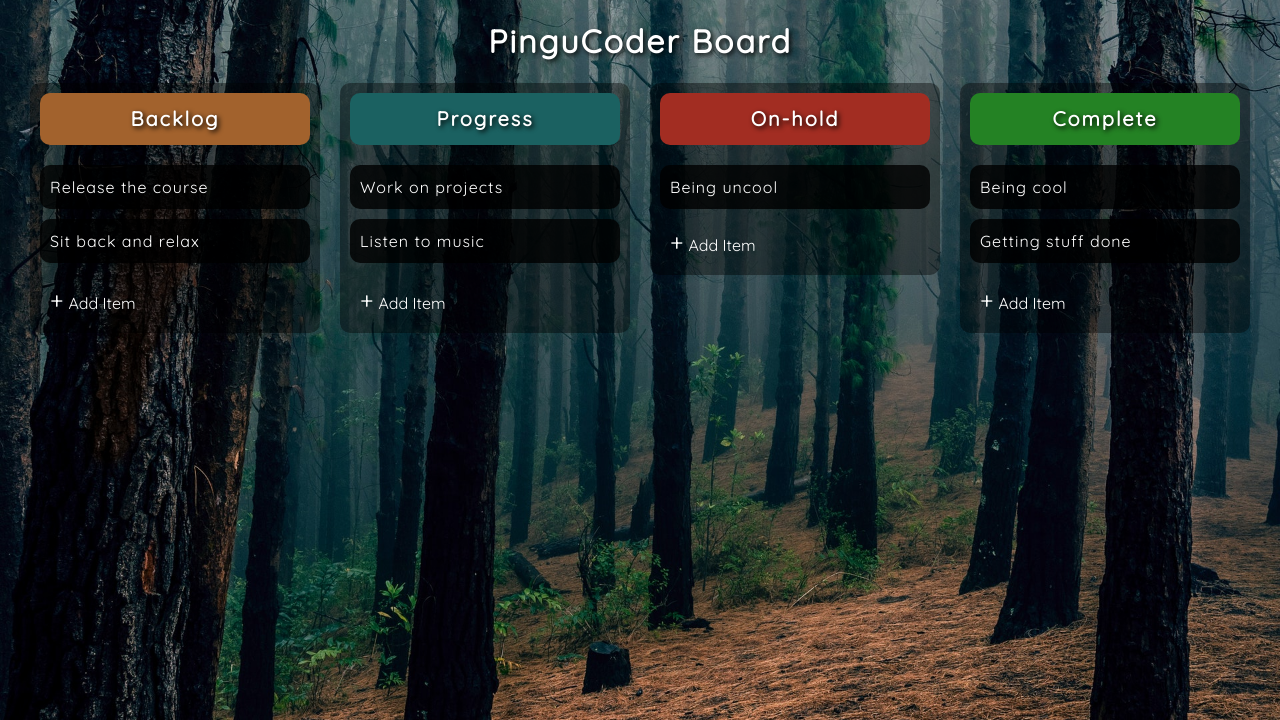
Repository: chanwarichawki/6Drag-And-Drop
Page: index.html
These files come from the project's save history. The page is drawn as it stood at one moment and after the next save; the edit follows.
The browser window is 1280 px wide. The pictures show the whole page.

Above is the page before, as saved 2023-12-26 18:01:14.

### index.html
<!DOCTYPE html>
<html lang="en">
<head>
    <meta charset="UTF-8">
    <meta name="viewport" content="width=device-width, initial-scale=1.0">
    <title>Drag and Drop</title>
    <link rel="icon" type="image/png" href="favicon.png">
    <link rel="stylesheet" href="style.css">
</head>
<body>
    <h1 class="main-title">PinguCoder Board</h1>
    <div class="drag-container">
      <ul class="drag-list">
        <!-- backLog column -->
        <li class="drag-column backlog-column">
        <span class="header">
          <h1>Backlog</h1>
        </span>
        <!-- backLog content -->
        <div id="backlog-content" class="custom-scroll">
          <ul class="drag-item-list" id="backlog-list">
            <!-- <li class="drag-item">testing</li>
            <li class="drag-item">testing</li>
            <li class="drag-item">testing</li> -->
          </ul>
        </div>
        <!-- add button group -->
        <div class="add-btn-group">
          <div class="add-btn">
            <span class="plus-sign">+</span>
            <span>Add Item</span>
          </div>
          <div class="add-btn solid">
            <span>Sve Item</span>
          </div>
          <div class="add-container">
            <div class="add-item"></div>
          </div>
        </div>
      </li>


        <!-- progress column -->
        <li class="drag-column progress-column">
        <span class="header">
          <h1>Progress</h1>
        </span>
        <!-- progress content -->
        <div id="progress-content" class="custom-scroll">
          <ul class="drag-item-list" id="progress-list">
            <!-- <li class="drag-item">testing</li>
            <li class="drag-item">testing</li>
            <li class="drag-item">testing</li> -->
          </ul>
        </div>
        <!-- add button group -->
        <div class="add-btn-group">
          <div class="add-btn">
            <span class="plus-sign">+</span>
            <span>Add Item</span>
          </div>
          <div class="add-btn solid">
            <span>Sve Item</span>
          </div>
          <div class="add-container">
            <div class="add-item"></div>
          </div>
        </div>
      </li>


        <!-- on-hold column -->
        <li class="drag-column on-hold-column">
        <span class="header">
          <h1>On-hold</h1>
        </span>
        <!-- on-hold content -->
        <div id="on-hold-content" class="custom-scroll">
          <ul class="drag-item-list" id="on-hold-list">
            <!-- <li class="drag-item">testing</li>
            <li class="drag-item">testing</li>
            <li class="drag-item">testing</li> -->
          </ul>
        </div>
        <!-- add button group -->
        <div class="add-btn-group">
          <div class="add-btn">
            <span class="plus-sign">+</span>
            <span>Add Item</span>
          </div>
          <div class="add-btn solid">
            <span>Sve Item</span>
          </div>
          <div class="add-container">
            <div class="add-item"></div>
          </div>
        </div>
      </li>


        <!-- complete column -->
        <li class="drag-column complete-column">
        <span class="header">
          <h1>Complete</h1>
        </span>
        <!-- complete content -->
        <div id="complete-content" class="custom-scroll">
          <ul class="drag-item-list" id="complete-list">
            <!-- <li class="drag-item">testing</li>
            <li class="drag-item">testing</li>
            <li class="drag-item">testing</li> -->
            <li class="drag-item">Lorem ipsum dolor sit, amet consectetur adipisicing elit. Officia placeat sit iure deleniti reprehenderit non hic ea asperiores voluptates quod dignissimos, nulla ab veritatis? Vero iure sequi neque facere consectetur.
            Sit explicabo fugiat obcaecati voluptates vitae non, quia laboriosam, libero rem odit perferendis excepturi ex totam? Dolor molestias, qui dignissimos minima nulla, optio maiores minus modi commodi alias vitae pariatur?
            Voluptates, modi eum consequatur facilis asperiores assumenda repellendus laboriosam eligendi sunt quos ut, cum, numquam mollitia fugiat provident alias id adipisci! Culpa adipisci explicabo, voluptatibus nulla quaerat voluptatem ab mollitia?
            Ab ad repellendus labore incidunt ducimus officia vero sequi. Sint harum reprehenderit non quia quibusdam at dignissimos assumenda illum, ipsum voluptatem sed provident iusto pariatur ut nisi et illo quae.</li>
          </ul>
        </div>
        <!-- add button group -->
        <div class="add-btn-group">
          <div class="add-btn">
            <span class="plus-sign">+</span>
            <span>Add Item</span>
          </div>
          <div class="add-btn solid">
            <span>Sve Item</span>
          </div>
          <div class="add-container">
            <div class="add-item"></div>
          </div>
        </div>
      </li>


      </ul>
    </div>
    <!-- Script -->
    <script src="script.js"></script>
</body>
</html>

### style.css
/* Trees Image - Pexels: https://www.pexels.com/photo/photo-of-trees-in-forest-3801030/ */
@import url("https://fonts.googleapis.com/css?family=Quicksand&display=swap");

html {
  box-sizing: border-box;
}

:root {
  --column-1: #a2622d;
  --column-2: #1b6161;
  --column-3: #248224;
  --column-4: #a22d22;
}

body {
  margin: 0;
  background: url("./trees.jpg");
  background-size: cover;
  background-position: 50% 60%;
  background-attachment: fixed;
  color: white;
  font-family: Quicksand, sans-serif;
  overflow-y: hidden;
}

h1 {
  letter-spacing: 2px;
  text-shadow: 2px 2px 5px black;
}

.main-title {
  text-align: center;
  font-size: 3rem;
}

ul {
  list-style-type: none;
  margin: 0;
  padding: 0;
}

.drag-container {
  margin: 20px;
}

.drag-list {
  display: flex;
  align-items: flex-start;
}

/* Columns */
.drag-column {
  flex: 1;
  margin: 0 10px;
  position: relative;
  background-color: rgba(0, 0, 0, 0.4);
  border-radius: 10px;
  overflow-x: hidden;
}

.backlog-column .header,
.backlog-column .solid,
.backlog-column .solid:hover,
.backlog-column .over {
  background-color: var(--column-1);
}

.progress-column .header,
.progress-column .solid,
.progress-column .solid:hover,
.progress-column .over {
  background-color: var(--column-2);
}

.complete-column .header,
.complete-column .solid,
.complete-column .solid:hover,
.complete-column .over {
  background-color: var(--column-3);
}

.on-hold-column .header,
.on-hold-column .solid,
.on-hold-column .solid:hover,
.on-hold-column .over {
  background-color: var(--column-4);
}

/* Custom Scrollbar */
.custom-scroll {
  overflow-y: auto;
  max-height: 52vh;
}

.custom-scroll::-webkit-scrollbar-track {
  box-shadow: inset 0 0 6px rgba(0, 0, 0, 0.4);
  border-radius: 10px;
  background-color: rgba(255, 255, 255, 0.3);
  margin-right: 5px;
}

.custom-scroll::-webkit-scrollbar {
  width: 10px;
}

.custom-scroll::-webkit-scrollbar-thumb {
  border-radius: 10px;
  box-shadow: inset 0 0 6px rgba(0, 0, 0, 0.3);
  background-color: rgba(0, 0, 0, 0.8);
}

.header {
  display: flex;
  justify-content: center;
  border-radius: 10px;
  margin: 10px;
}

.header h1 {
  font-size: 1.25rem;
}

/* Drag and Drop */
.over {
  padding: 50px 10px;
}

.drag-item-list {
  min-height: 50px;
}

.drag-item {
  margin: 10px;
  padding: 10px;
  height: fit-content;
  background-color: rgba(0, 0, 0, 0.8);
  border-radius: 10px;
  line-height: 1.5rem;
  letter-spacing: 1px;
  cursor: pointer;
}

.drag-item:focus {
  outline: none;
  background-color: white;
  color: black;
}

/* Add Button Group */
.add-btn-group {
  display: flex;
  justify-content: space-between;
}

.add-btn {
  margin: 10px;
  padding: 5px 10px;
  display: flex;
  align-items: center;
  cursor: pointer;
  width: fit-content;
  border-radius: 5px;
  transition: all 0.3s ease-in;
  user-select: none;
}

.add-btn:hover {
  background-color: rgba(255, 255, 255, 0.9);
  color: black;
}

.add-btn:active {
  transform: scale(0.97);
}

.solid {
  display: none;
}

.solid:hover {
  transition: unset;
  filter: brightness(95%);
  color: white;
}

.plus-sign {
  font-size: 1.5rem;
  margin-right: 5px;
  position: relative;
  top: -3px;
}

.add-container {
  margin: 10px;
  padding: 5px 10px;
  border-radius: 10px;
  background-color: rgba(255, 255, 255, 0.9);
  min-height: 100px;
  display: none;
}

.add-item {
  width: 100%;
  min-height: 100px;
  height: auto;
  background-color: white;
  border-radius: 10px;
  margin: 5px auto;
  resize: none;
  color: black;
  padding: 10px;
}

.add-item:focus {
  outline: none;
}

/* Media Query: Laptop */
@media screen and (max-width: 1800px) {
  .main-title {
    font-size: 2rem;
  }
}

/* Media Query: Large Smartphone (Vertical) */
@media screen and (max-width: 600px) {
  body {
    overflow-y: auto;
  }

  .drag-container {
    margin: 0;
  }

  .drag-list {
    display: block;
  }

  .drag-column {
    margin: 10px;
  }
}

### script.js
const addBtns = document.querySelectorAll('.add-btn:not(.solid)');
const saveItemBtns = document.querySelectorAll('.solid');
const addItemContainers = document.querySelectorAll('.add-container');
const addItems = document.querySelectorAll('.add-item');
// Item Lists
const itemLists = document.querySelectorAll('.drag-item-list');
const backlogList = document.getElementById('backlog-list');
const progressList = document.getElementById('progress-list');
const completeList = document.getElementById('complete-list');
const onHoldList = document.getElementById('on-hold-list');

// Items
let updatedOnLoad = false;

// Initialize Arrays
let backlogListArray = [];
let progressListArray = [];
let completeListArray = [];
let onHoldListArray = [];
let listArrays = [];

// Drag Functionality


// Get Arrays from localStorage if available, set default values if not
function getSavedColumns() {
  if (localStorage.getItem('backlogItems')) {
    backlogListArray = JSON.parse(localStorage.backlogItems);
    progressListArray = JSON.parse(localStorage.progressItems);
    completeListArray = JSON.parse(localStorage.completeItems);
    onHoldListArray = JSON.parse(localStorage.onHoldItems);
  } else {
    backlogListArray = ['Release the course', 'Sit back and relax'];
    progressListArray = ['Work on projects', 'Listen to music'];
    completeListArray = ['Being cool', 'Getting stuff done'];
    onHoldListArray = ['Being uncool'];
  }
}

//getSavedColumns();
//updateSavedColumns();



// Set localStorage Arrays
function updateSavedColumns() {
  //localStorage.setItem('backlogItems', JSON.stringify(backlogListArray));
  //localStorage.setItem('progressItems', JSON.stringify(progressListArray));
  //localStorage.setItem('completeItems', JSON.stringify(completeListArray));
  //localStorage.setItem('onHoldItems', JSON.stringify(onHoldListArray));
  listArrays = [backlogListArray, progressListArray, completeListArray, onHoldListArray]
  const arrayNames = ['backlog', 'progress', 'complete', 'onHold'];
  arrayNames.forEach((arrayName, index) => {
    localStorage.setItem(`${arrayName}Items`, JSON.stringify(listArrays[index]))
  })
}

// Create DOM Elements for each list item
function createItemEl(columnEl, column, item, index) {

  //console.log('columnEl:', columnEl);
  //console.log('column:', column);
  //console.log('item:', item);
  //console.log('index:', index);

  // List Item
  const listEl = document.createElement('li');
  listEl.classList.add('drag-item');
  listEl.textContent = item;
  //append
  columnEl.appendChild(listEl)
}

// Update Columns in DOM - Reset HTML, Filter Array, Update localStorage
function updateDOM() {
  // Check localStorage once
   if (!updatedOnLoad) {
    getSavedColumns();
   }
  // Backlog Column
    backlogList.textContent = '';
    backlogListArray.forEach((backlogItems, index) => {
      createItemEl(backlogList, 0, backlogItems, index);
    })
  // Progress Column
    progressList.textContent = '';
    progressListArray.forEach((progressItems, index) => {
      createItemEl(progressList, 0, progressItems, index);
    })
  // Complete Column
    completeList.textContent = '';
    completeListArray.forEach((completeItems, index) => {
      createItemEl(completeList, 0, completeItems, index);
  })
  // On Hold Column
     onHoldList.textContent = '';
     onHoldListArray.forEach((onHoldItems, index) => {
      createItemEl(onHoldList, 0, onHoldItems, index);
    })
  // Run getSavedColumns only once, Update Local Storage

}

// on load
updateDOM();

After the next save:
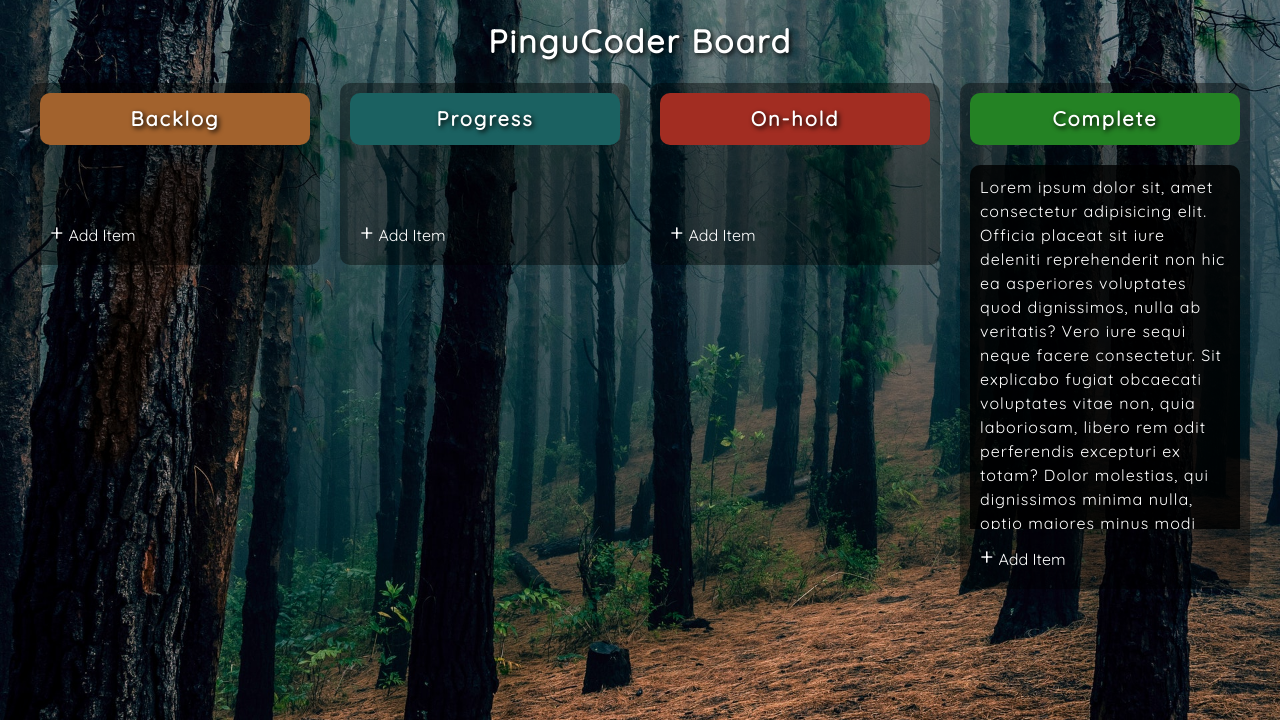
Console error: ReferenceError: gg is not defined
Saved 13 s later.
--- a/script.js
+++ b/script.js
@@ -14,7 +14,7 @@
 
 // Initialize Arrays
 let backlogListArray = [];
-let progressListArray = [];
+let progressListArray = [gg];
 let completeListArray = [];
 let onHoldListArray = [];
 let listArrays = [];

After the save that followed:
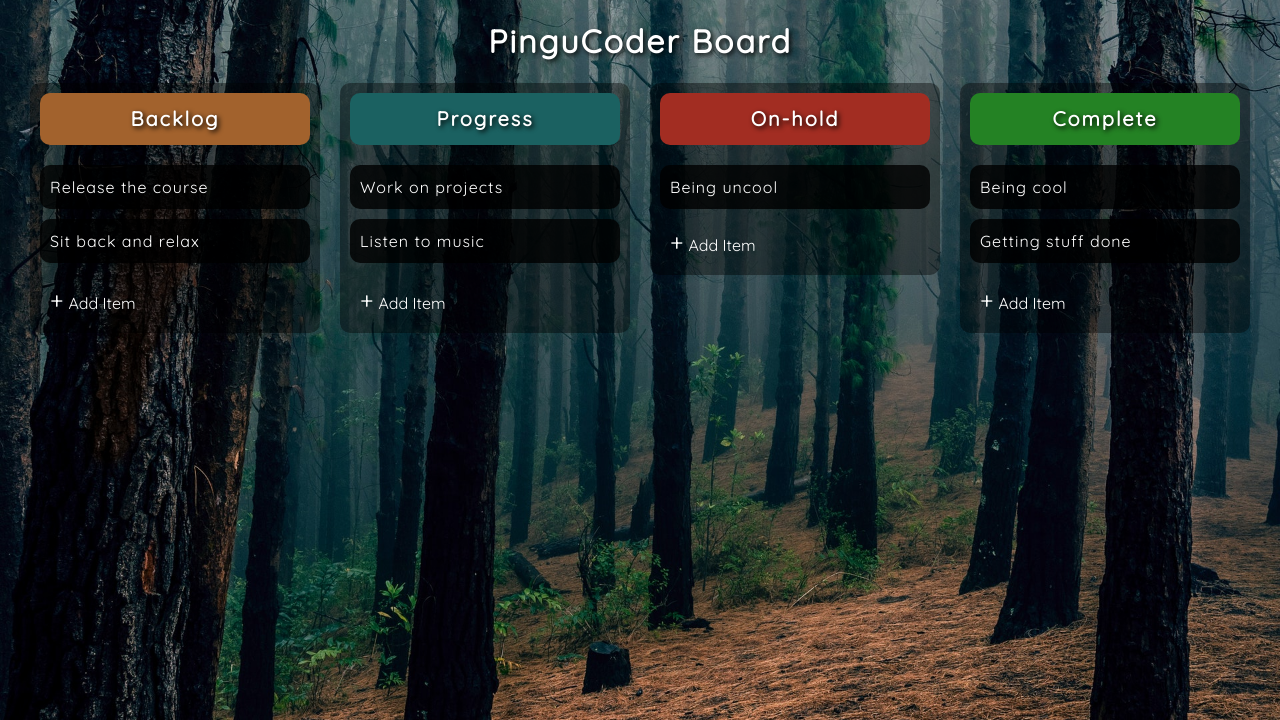
The error is gone.
Saved 10 s later.
--- a/script.js
+++ b/script.js
@@ -14,7 +14,7 @@
 
 // Initialize Arrays
 let backlogListArray = [];
-let progressListArray = [gg];
+let progressListArray = [];
 let completeListArray = [];
 let onHoldListArray = [];
 let listArrays = [];
